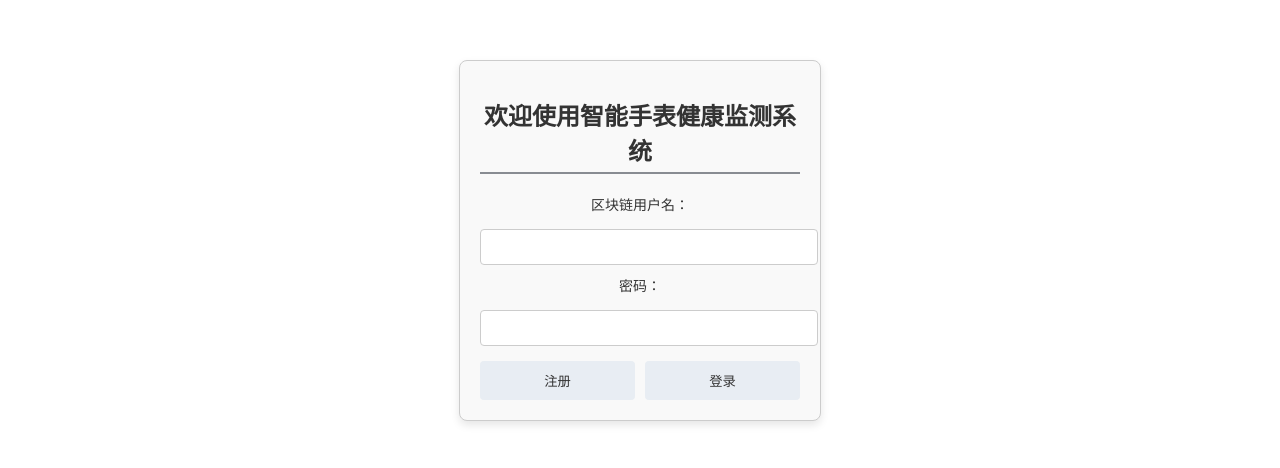
Repository: hyperion0831/The-management-of-IoT-data-sharing-based-on-blockchain
Page: / (app in Dz/frontend/)
An editor plug-in stored every save of this project. The page is shown before and after the next save, followed by the edit.
The browser window is 1280 px wide. The pictures show the whole page.
The project was rebuilt for these pictures with package versions that can differ from the ones it lists, and the page was loaded fresh each time. Also part of the build but not shown: Dz/frontend/vue.config.js, Dz/frontend/src/components/dashboard/DataUploadAndExport.vue, Dz/frontend/src/components/dashboard/RealTimeMonitoring.vue, Dz/frontend/src/components/dashboard/DataAnalysis.vue, Dz/frontend/src/components/dashboard/AppSettings.vue, Dz/frontend/src/components/DataDashBoard.vue.

Above is the page before, as saved 2024-11-12 00:14:37.

### Dz/frontend/src/main.js
import { createApp } from 'vue';
import App from './App.vue';
import router from './router';
import ElementPlus from 'element-plus';
import 'element-plus/dist/index.css';

const app = createApp(App);

app.use(router)
app.use(ElementPlus)
app.mount('#app');

### Dz/frontend/src/App.vue
<template>
  <div id="app">
    <router-view></router-view>
  </div>
</template>

<script>
export default {
  name: 'App'
};
</script>

<style>
#app {
  font-family: Avenir, Helvetica, Arial, sans-serif;
  -webkit-font-smoothing: antialiased;
  -moz-osx-font-smoothing: grayscale;
  text-align: center;
  color: #2c3e50;
  margin-top: 60px;
}
</style>

### Dz/frontend/src/router/index.js
import { createRouter, createWebHistory } from 'vue-router';
import DataDashBoard from '../components/DataDashBoard.vue'; // 导入仪表盘组件
import Login from '../components/LoginForm.vue';

const routes = [
  { path: '/', redirect: '/login' },
  { path: '/login', name: 'Login', component: Login },
  { path: '/dashboard', name: 'Dashboard', component: DataDashBoard },
];

const router = createRouter({
  history: createWebHistory(),
  routes
});

export default router;

### Dz/frontend/src/components/LoginForm.vue
<template>
    <div class="loginform">

      <!-- 初始页面 -->
      <div v-if="!isRegistering">
        <h1>欢迎使用智能手表健康监测系统</h1>

        <!-- 区块链用户名和密码显示区域 -->
        <div class="blockchain-info">
          <label>区块链用户名：</label>
          <input type="text" v-model="displayPublicKey" readonly />
          <label>密码：</label>
          <input type="text" v-model="displayPrivateKey" readonly />
        </div>

        <!-- 登录、注册按钮 -->
        <div class="button-row">
          <button @click="handleRegisterClick">注册</button>
          <button @click="handleLoginClick">登录</button>
        </div>

        <!-- 隐藏的文件选择框 -->
        <input
          ref="fileInput"
          type="file"
          accept=".txt"
          style="display: none"
          @change="handleFileUpload"
        />
      </div>

      <!-- 注册页面（覆盖整个页面） -->
      <div v-if="isRegistering" class="register-section">
        <h1>注册新用户</h1>
        <label for="identity">选择身份：</label>
        <select v-model="identity">
          <option value="doctor">医生</option>
          <option value="user">普通用户</option>
        </select>

        <div v-if="identity === 'doctor'" class="blockchain-info">
          <label for="name">姓名：</label>
          <input type="text" v-model="name" placeholder="请输入姓名" />
          <label for="id">工号：</label>
          <input type="text" v-model="doctorId" placeholder="请输入工号" />
        </div>
        <div v-else class="blockchain-info">
          <label for="name">姓名：</label>
          <input type="text" v-model="name" placeholder="请输入姓名" />
        </div>

        <div class="button-row">
          <button @click="generateAndSaveKeyPair">生成密钥对</button>
          <button @click="goToLoginPage">返回登录</button>
        </div>

        <p v-if="keyGenerated">密钥对已生成并保存到文件中。</p>
      </div>
    </div>
  </template>

  <script>

  export default {
    data() {
      return {
        currentView: null, // 初始无显示
        blockchainUsername: '',  // 区块链用户名
        blockchainPassword: '',  // 区块链密码
        uploadedFile: null,      // 已上传的文件
        displayPrivateKey: '',
        displayPublicKey: '',
        keyGenerated: false,
        isLoggedIn: false,
        privateKey: null,
        publicKey: null,
        identity: 'user',
        name: '',
        doctorId: '',
        errorMessage: '',// 错误消息
        isRegistering: false, // 是否正在注册,
        showErrorModal: false,
      };
    },
    mounted() {
      // 页面加载时检查是否已登录
      const isLoggedIn = sessionStorage.getItem("isLoggedIn");
      const userName = sessionStorage.getItem("userName");
      if (isLoggedIn === "true" && userName) {
        this.isLoggedIn = true;
        this.name = userName.split('-')[1]; // 提取用户名
        const storedData = JSON.parse(localStorage.getItem(userName)); // 从 localStorage 获取密钥对数据
        if (storedData) {
          this.displayPublicKey = storedData.publicKey;
          this.displayPrivateKey = storedData.privateKey;
        }
      }
    },
    methods: {
      // 点击登录按钮，弹出文件选择框
      handleLoginClick() {
        this.$refs.fileInput.click();
      },

      // 点击注册按钮后，切换到注册界面
      handleRegisterClick() {
        this.isRegistering = true; // 显示注册界面
      },

      // 检查是否已注册
      isRegistered() {
        const registered = localStorage.getItem(`${this.identity}-${this.name}-${this.doctorId|| ''}`);
        return !!registered;
      },

      // 注册
      async generateAndSaveKeyPair() {

        const registrationKey = `${this.identity}-${this.name}-${this.doctorId || ''}`;
        if (this.isRegistered()) {
          alert("已注册，请直接登录。");
          return;
        }
        let isValid = true; // 添加一个标志来追踪身份验证状态

        if (this.identity === 'doctor') {
          if (this.name !== 'Dz' || this.doctorId !== '2448') {
            alert('医生身份信息错误，请检查姓名和工号。');
            isValid = false; // 设置标志为false
          }
        } else if (this.identity === 'user') {
          const validUserNames = ['TYC', 'DDS'];
          if (!validUserNames.includes(this.name)) {
            alert('普通用户姓名错误，请检查姓名。');
            isValid = false; // 设置标志为false
          }
        }
          // 如果身份验证未通过，直接返回
          if (!isValid) {
            return;
          }

        try {
            // 创建种子字符串，确保不同身份和用户生成不同的密钥
            const uniqueSeed = `${this.identity}-${this.name}-${this.doctorId || ''}`;
            console.log(`生成密钥的种子信息：${uniqueSeed}`);

            // 生成密钥对
            const keyPair = await window.crypto.subtle.generateKey(
              {
                name: "RSA-OAEP",
                modulusLength: 2048,
                publicExponent: new Uint8Array([1, 0, 1]),
                hash: { name: "SHA-256" },
              },
              true,
              ["encrypt", "decrypt"]
            );
            const publicKey = await window.crypto.subtle.exportKey("spki", keyPair.publicKey);
            const privateKey = await window.crypto.subtle.exportKey("pkcs8", keyPair.privateKey);

            const publicKeyBase64 = btoa(String.fromCharCode(...new Uint8Array(publicKey)));
            const privateKeyBase64 = btoa(String.fromCharCode(...new Uint8Array(privateKey)));

            const combinedKeys = `-----BEGIN PUBLIC KEY-----\n${publicKeyBase64}\n-----END PUBLIC KEY-----\n-----BEGIN PRIVATE KEY-----\n${privateKeyBase64}\n-----END PRIVATE KEY-----`;

            // 将密钥对保存到文件
            const blob = new Blob([combinedKeys], { type: "application/octet-stream" });
            const downloadLink = document.createElement("a");
            downloadLink.href = URL.createObjectURL(blob);
            downloadLink.download = `${this.name}_password.txt`;
            downloadLink.click();

            // 将身份标记为已注册
            localStorage.setItem(registrationKey, JSON.stringify({ publicKey: publicKeyBase64, privateKey: privateKeyBase64 }));
            this.keyGenerated = true;
            this.currentView = 'success'; // 注册成功后切换到 success 视图
            this.$emit('registerSuccess', { identity: this.identity, name: this.name });
          } catch (error) {
              console.error("生成密钥对失败：", error);
          }
      },

      //秘钥显示
      handleFileUpload(event) {
        const file = event.target.files[0];
        if (file) {
          const reader = new FileReader();
          reader.onload = () => {
            const fileContent = reader.result;
            // 提取公钥和私钥内容并显示
            const publicKeyMatch = fileContent.match(/-----BEGIN PUBLIC KEY-----\n([\s\S]+?)\n-----END PUBLIC KEY-----/);
            const privateKeyMatch = fileContent.match(/-----BEGIN PRIVATE KEY-----\n([\s\S]+?)\n-----END PRIVATE KEY-----/);

            if (publicKeyMatch && privateKeyMatch) {
              const publicKey = publicKeyMatch[1];
              const privateKey = privateKeyMatch[1];
              // 验证密钥对
              this.verifyKeyPair(publicKey, privateKey); // 处理文件内容
            } else {
              alert("文件格式不正确，请上传包含公钥和私钥的文件。");
            }
          };
          reader.readAsText(file);
        }
      },

      //登录验证
      async verifyKeyPair(publicKeyBase64, privateKeyBase64) {
        let matchingKey = null;
        try {
          // 遍历 localStorage 查找匹配的公私钥
          for (let i = 0; i < localStorage.length; i++) {
            const key = localStorage.key(i);//user-TYC-
            const storedData = JSON.parse(localStorage.getItem(key));
            if (storedData.publicKey === publicKeyBase64 &&
              storedData.privateKey === privateKeyBase64)
            {
              matchingKey = key;
              console.log(`键值：${matchingKey}`);
              break;
            }
          }
          if (matchingKey) {
            console.log(`找到匹配的 registrationKey：${matchingKey}`);
            // 执行登录逻辑，例如设置登录状态、保存 session 等
            this.isLoggedIn = true;

            sessionStorage.setItem("isLoggedIn", "true");
            sessionStorage.setItem("userName", matchingKey);

            // 显示公钥和私钥内容
            this.displayPublicKey = publicKeyBase64;
            this.displayPrivateKey = privateKeyBase64;

            alert(`登录成功！\n欢迎你， ${matchingKey.split('-')[1]}${matchingKey.startsWith('doctor') ? '医生' : '用户'}`);
            this.$router.push({ name: 'DataDashboard' });
          } else {
            alert("未找到匹配的注册信息，请检查密钥文件。");
          }
        } catch (error) {
          console.error("验证密钥对时出错：", error);
          alert("密钥验证失败，请重新上传正确的密钥文件。");
        }
      },

      // 返回登录界面
      goToLoginPage() {
        this.isRegistering = false; // 退出注册界面，显示登录按钮页面
        this.currentView = null; // 清空当前视图
      },

    },
  };
  </script>

  <style scoped>

  .loginform {
    width: 320px; /* 设置宽度 */
    padding: 20px; /* 内边距 */
    margin: 0 auto; /* 居中对齐 */
    background-color: #f9f9f9; /* 背景颜色 */
    border: 1px solid #ccc; /* 边框颜色 */
    border-radius: 8px; /* 边框圆角 */
    box-shadow: 0 4px 8px rgba(0, 0, 0, 0.1); /* 添加阴影效果 */
  }

  h1 {
    font-size: 24px;
    color: #333;
    margin-bottom: 20px;
    align-self: flex-start; /* 将标题移到左边 */
    border-bottom: 2px solid #888c92; /* 添加下划线 */
    padding-bottom: 5px;
  }

  .blockchain-info {
    display: flex;
    flex-direction: column;
    gap: 10px;
    width: 100%;
  }

  .blockchain-info label {
    font-size: 14px;
    color: #333;
  }

  .blockchain-info input {
    width: 100%;
    padding: 8px;
    border: 1px solid #ccc;
    border-radius: 4px;
    font-size: 16px;
    margin-top: 5px;
    text-align: center;
  }

  .user-info {
    display: flex;
    justify-content: space-around;
    font-size: 14px;
    color: #555;
    margin-top: 10px;
    width: 100%;
  }

  .button-row {
    display: flex;
    flex-direction: row;
    flex-wrap: wrap;
    gap: 10px;
    margin-top: 15px;
    width: 100%;
  }

  .button-row button {
    flex: 1 1 calc(50% - 10px);
    padding: 10px;
    background-color: #e8edf3;
    color: #333;
    border: none;
    border-radius: 4px;
    cursor: pointer;
    transition: background-color 0.3s ease;
  }

  .button-row button:hover {
    background-color: #acababcc;
  }

  .register-section, .login-section {
    margin-top: 20px;
  }

  select, input[type="text"], input[type="file"] {
    width: 100%;
    padding: 8px;
    border: 1px solid #ccc;
    border-radius: 4px;
    margin-top: 5px;
  }

  p {
    font-size: 14px;
    color: #333;
    margin-top: 10px;
  }
  </style>

Loaded but not shown: Dz/frontend/public/index.html (common file)

After the next save:
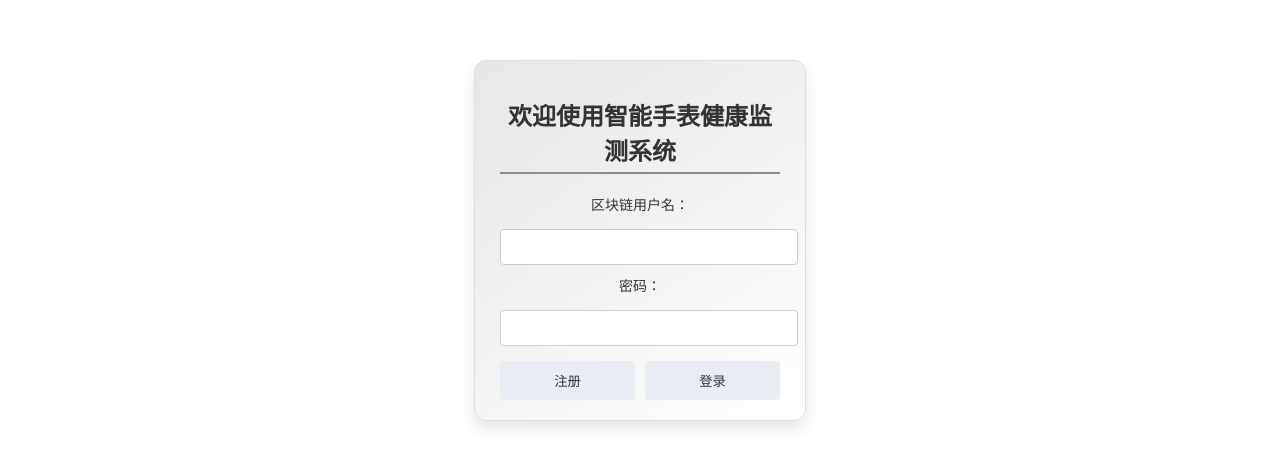
Saved 54 s later.
--- a/Dz/frontend/src/components/LoginForm.vue
+++ b/Dz/frontend/src/components/LoginForm.vue
@@ -255,15 +255,14 @@
   </script>
 
   <style scoped>
-
   .loginform {
-    width: 320px; /* 设置宽度 */
-    padding: 20px; /* 内边距 */
-    margin: 0 auto; /* 居中对齐 */
-    background-color: #f9f9f9; /* 背景颜色 */
-    border: 1px solid #ccc; /* 边框颜色 */
-    border-radius: 8px; /* 边框圆角 */
-    box-shadow: 0 4px 8px rgba(0, 0, 0, 0.1); /* 添加阴影效果 */
+    width: 280px; /* 调整宽度，使其不那么大 */
+    padding: 20px 25px; /* 调整内边距 */
+    margin: 50px auto; /* 居中，并与顶部有一定距离 */
+    background: linear-gradient(145deg, #e6e6e6, #ffffff); /* 添加渐变背景 */
+    border: 1px solid #ddd; /* 边框颜色更浅 */
+    border-radius: 12px; /* 调整圆角大小 */
+    box-shadow: 0 8px 15px rgba(0, 0, 0, 0.1); /* 增强阴影效果 */
   }
 
   h1 {
